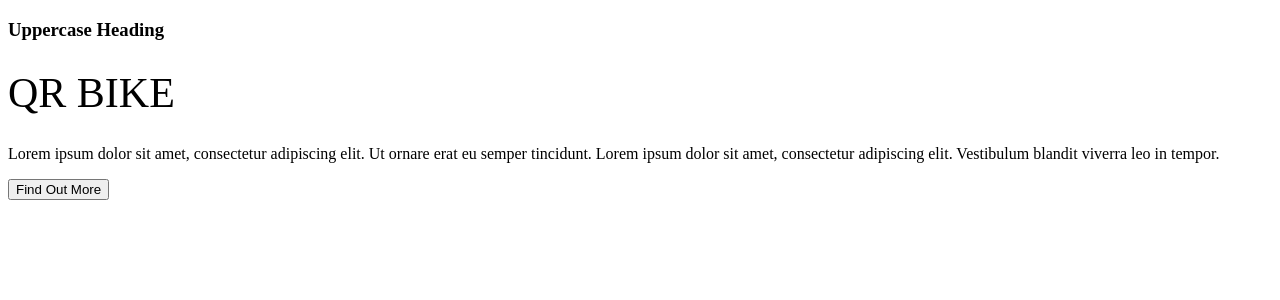
Repository: andrealepori/qrbike
Page: index.html
The author's editor kept a copy of each file at every save. The page is drawn from the files as they stood at one save, then again after the next save.
The browser window is 1280 px wide. The pictures show the whole page.

Above is the page before, as saved 2020-09-16 10:50:38.

### index.html
<!DOCTYPE html>
<html lang="en">
<head>
    <meta charset="UTF-8">
    <meta name="viewport" content="width=device-width, initial-scale=1.0">
    <title>Home - QR BIKE</title>


	<link type="text/css" rel="stylesheet" href="css/style.css" />

</head>
<body>


<header>

    <div class="container">
        <div class="item">
          <h3>Uppercase Heading</h3>

          <h1 style="font-family:'Sabado Regular';font-weight:normal;font-size:42px">QR BIKE</h1>

          <p>Lorem ipsum dolor sit amet, consectetur adipiscing elit. Ut ornare erat eu semper tincidunt. Lorem ipsum dolor sit amet, consectetur adipiscing elit. Vestibulum blandit viverra leo in tempor.</p>
          <button class="btn btn-primary">Find Out More</button>
        </div>
      </div>

</header>





















</body>
</html>

Loaded but not shown: style.css (no stored copy; drawn as an empty file)

After the next save:
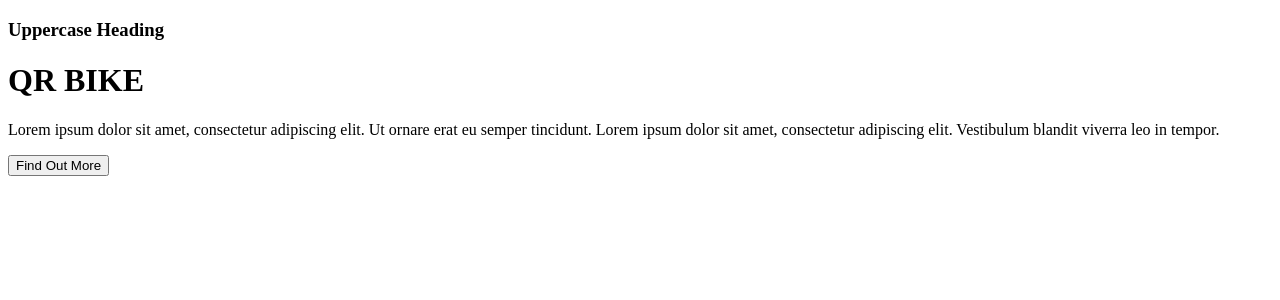
Saved 31 s later.
--- a/index.html
+++ b/index.html
@@ -18,7 +18,7 @@
         <div class="item">
           <h3>Uppercase Heading</h3>
 
-          <h1 style="font-family:'Sabado Regular';font-weight:normal;font-size:42px">QR BIKE</h1>
+          <h1 style="title">QR BIKE</h1>
 
           <p>Lorem ipsum dolor sit amet, consectetur adipiscing elit. Ut ornare erat eu semper tincidunt. Lorem ipsum dolor sit amet, consectetur adipiscing elit. Vestibulum blandit viverra leo in tempor.</p>
           <button class="btn btn-primary">Find Out More</button>
